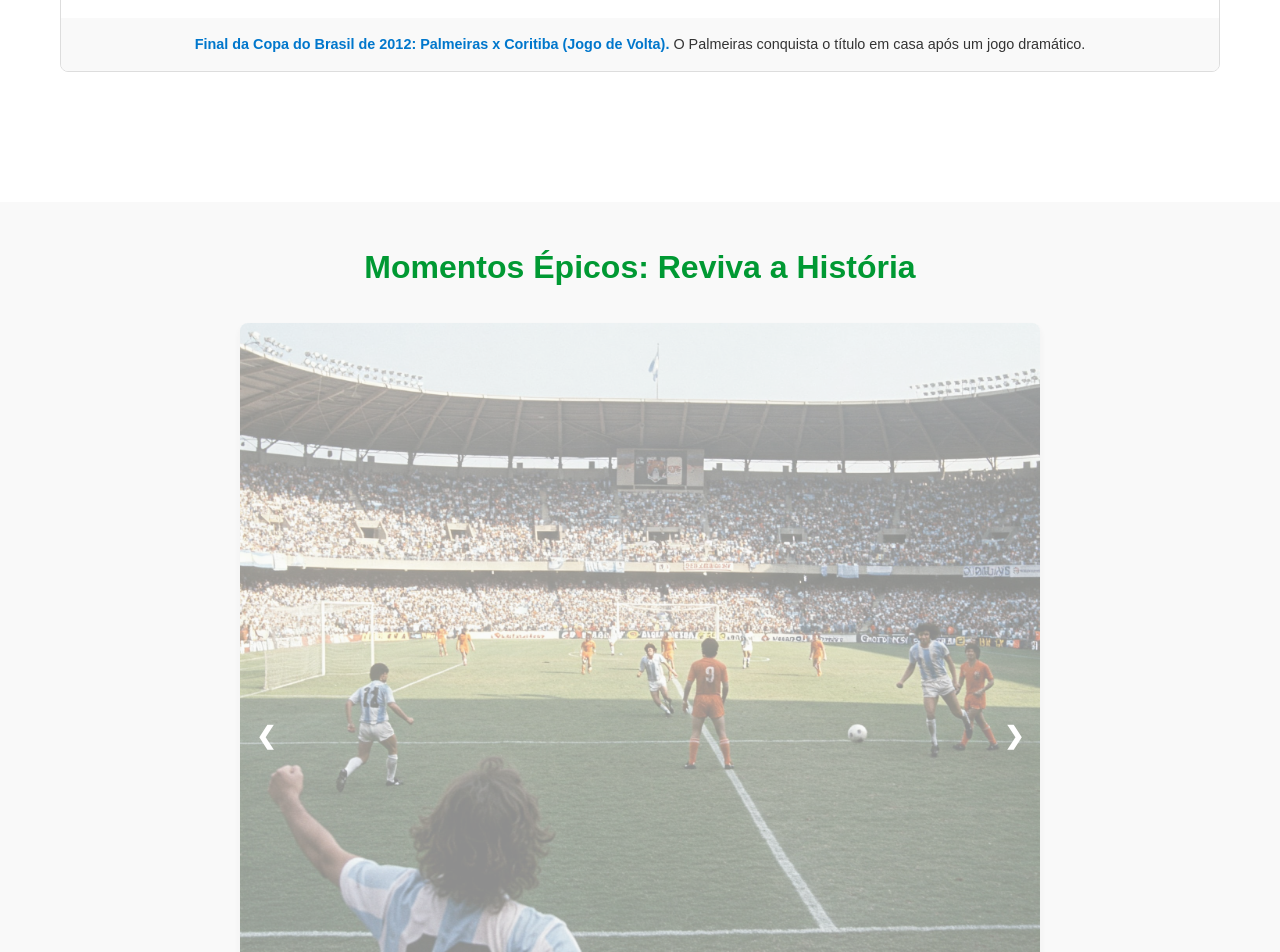
Repository: douglasabnovato/futebol-br
Page: index.html
These files come from the project's save history. The page is drawn as it stood at one moment and after the next save; the edit follows.
The browser window is 1280 px wide. The pictures show the part of the page from y = 3233 to 4185 px (the page is 4797 px tall).
Pictures or frames that could not be fetched are drawn as grey boxes.

Above is the page before, as saved 2025-04-13 19:07:04.

After the next save:
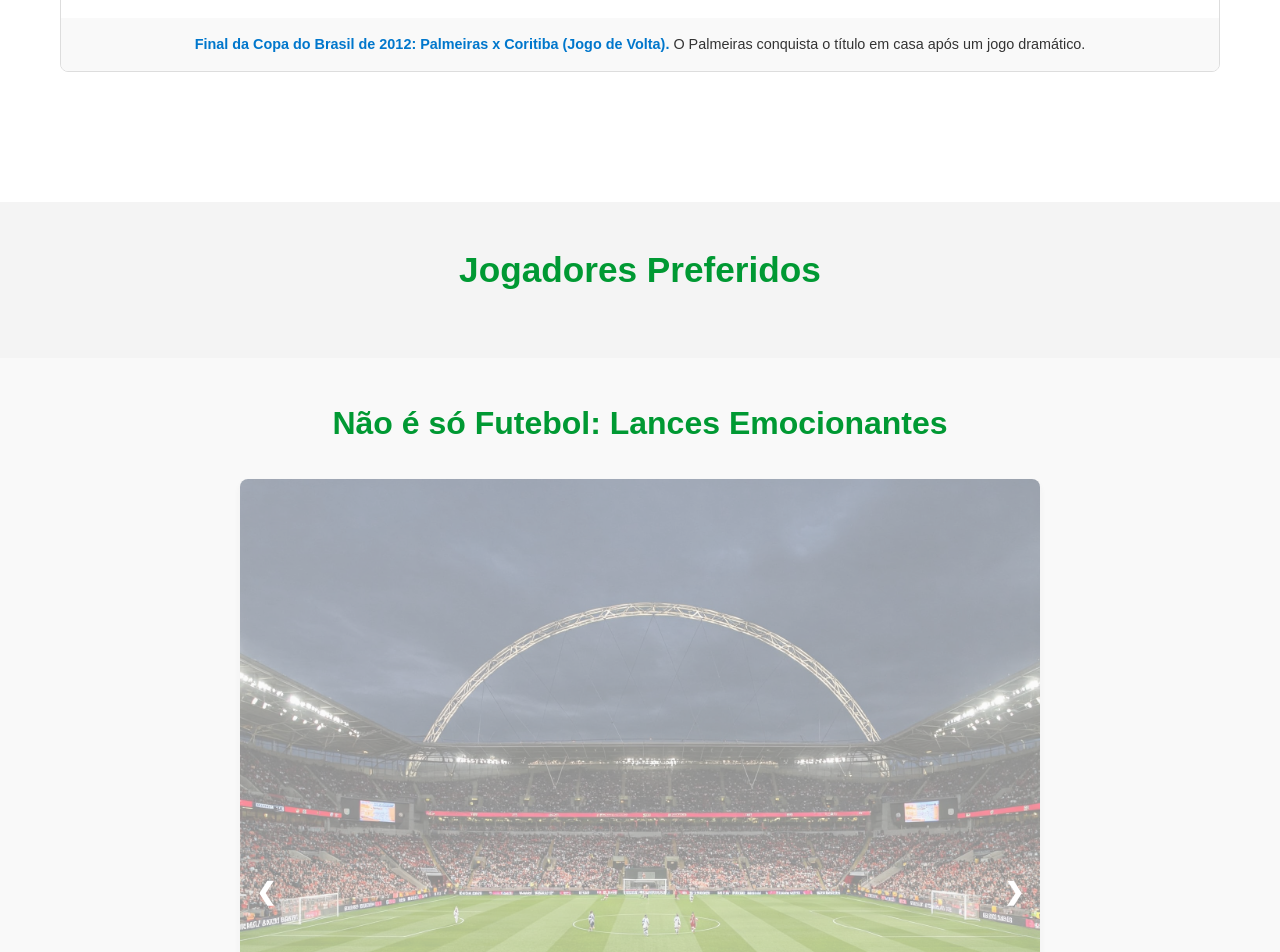
Saved 36 s later.
--- a/index.html
+++ b/index.html
@@ -178,7 +178,7 @@
           </div>
         </div>
       </section>
-
+<!--
       <section id="jogos-historicos-slideshow" class="section">
         <div class="container">
           <h2>Momentos Épicos: Reviva a História</h2>
@@ -312,13 +312,13 @@
           </div>
         </div>
       </section>
-
+-->
       <section id="jogadores" class="section">
         <div class="container">
           <h2>Jogadores Preferidos</h2>
         </div>
       </section>
-<!--
+
       <section id="jogos-historicos-slideshow" class="section">
         <div class="container">
           <h2>Não é só Futebol: Lances Emocionantes</h2>
@@ -470,7 +470,7 @@
           </div>
         </div>
       </section>
--->
+
       <section id="sobre" class="section">
         <div class="container">
           <h2>Sobre o Futebol BR</h2>
